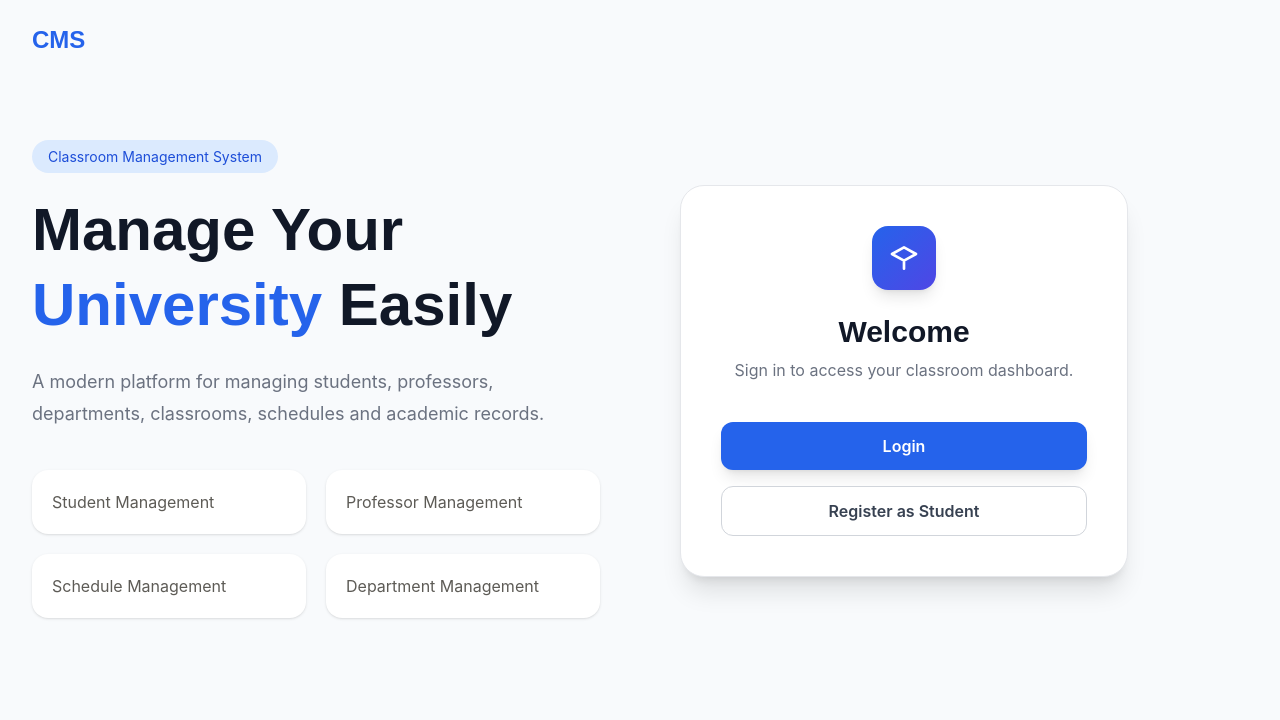
Repository: Chocovcandy/Classroom_Management_System
Page: http://localhost/Login_page
The author's editor kept a copy of each file at every save. The page is drawn from the files as they stood at one save, then again after a run of saves.
The browser window is 1280 px wide. The pictures show the whole page.
Some web libraries are served in a nearby version. The page is served by the project's Laravel application, run on PHP 8.4 with Laravel 12.

Above is the page before, as saved 2026-08-11 11:16:25.

After the next 2 saves:
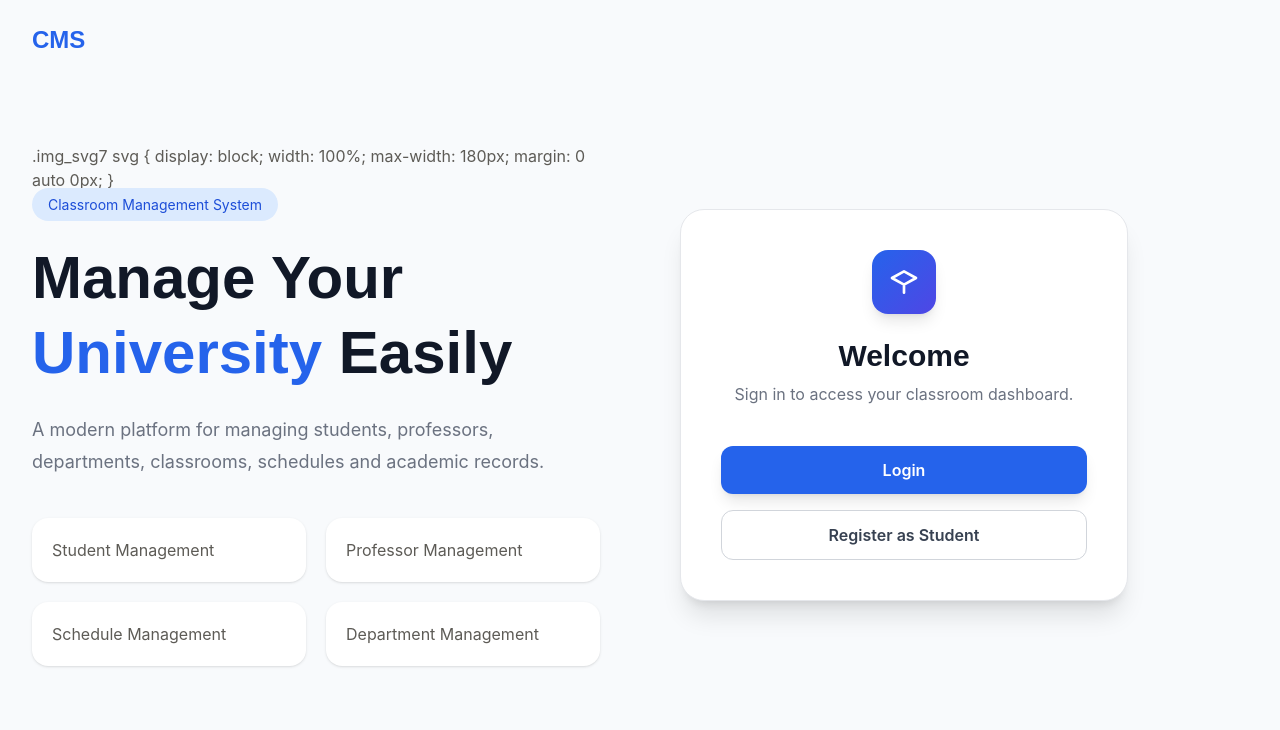
The 2 saves are shown as one change because they came seconds apart.
The last was saved 49 s later.
--- a/resources/views/Login_page.blade.php
+++ b/resources/views/Login_page.blade.php
@@ -33,6 +33,15 @@
                     <!-- Left -->
 
                     <div>
+
+                    <div>
+                        .img_svg7 svg {
+    display: block;
+    width: 100%;
+    max-width: 180px;
+    margin: 0 auto 0px;
+}
+                    </div>
 
                         <span class="bg-blue-100 text-blue-700 px-4 py-2 rounded-full text-sm">
                             Classroom Management System

After the save that followed:
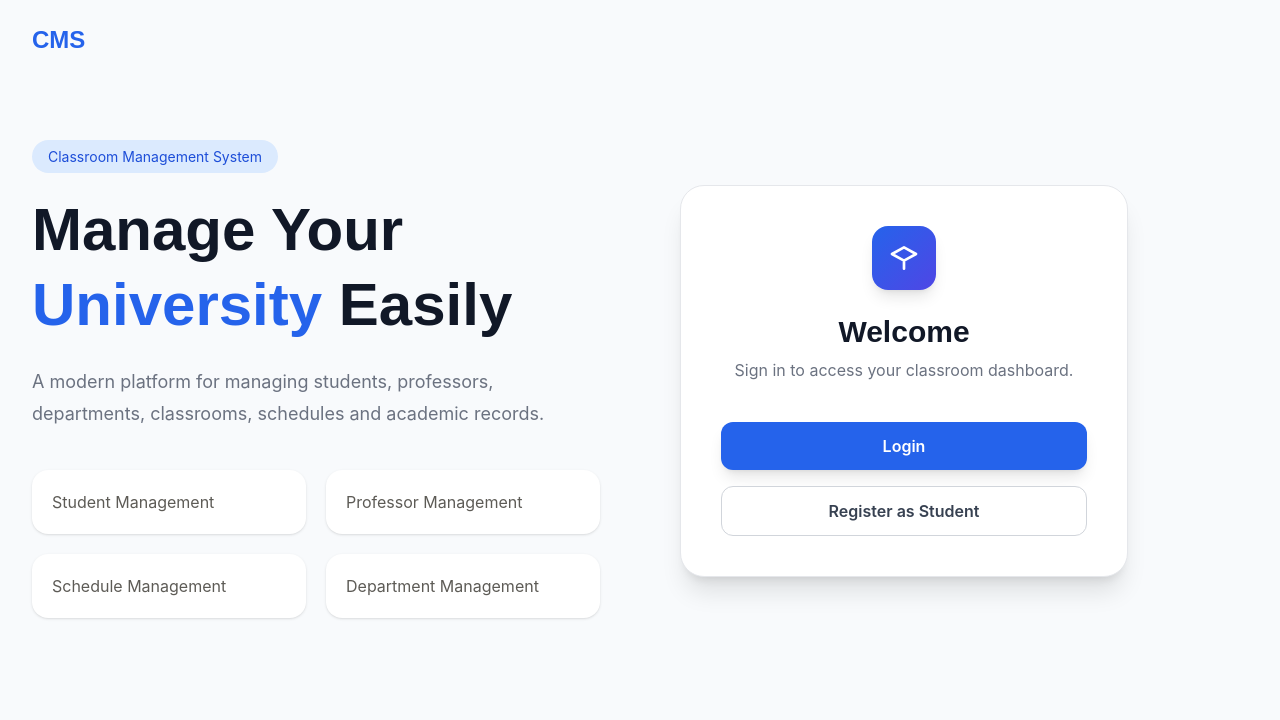
Saved 4 s later.
--- a/resources/views/Login_page.blade.php
+++ b/resources/views/Login_page.blade.php
@@ -35,12 +35,7 @@
                     <div>
 
                     <div>
-                        .img_svg7 svg {
-    display: block;
-    width: 100%;
-    max-width: 180px;
-    margin: 0 auto 0px;
-}
+
                     </div>
 
                         <span class="bg-blue-100 text-blue-700 px-4 py-2 rounded-full text-sm">
